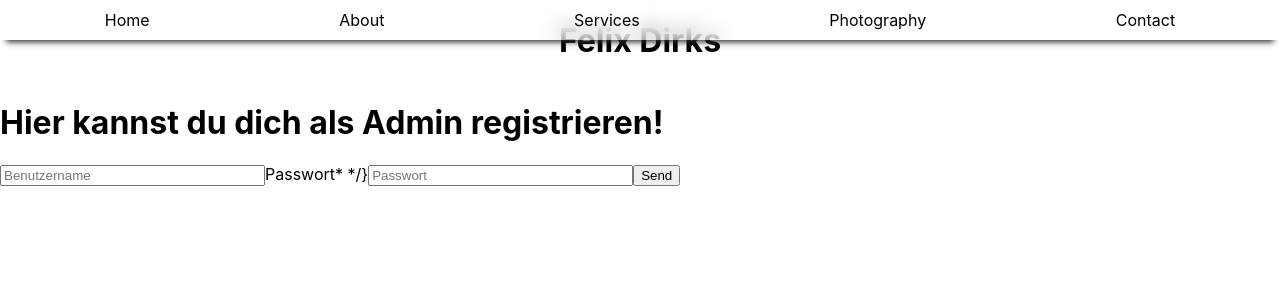
Repository: muhanad-musawi/backend-projekt-frondend
Page: /register (app in pohtographer/)
An editor plug-in stored every save of this project. The page is shown before and after the next save, followed by the edit.
The browser window is 1280 px wide. The pictures show the whole page.
The page's requests for data from a server got no answer. The project was rebuilt for these pictures with package versions that can differ from the ones it lists, and the page was loaded fresh each time. The framework's server and built-in components were replaced by stand-ins that run in the browser. No one was signed in, and anything a server would have sent is missing. Also part of the build but not shown: pohtographer/next.config.js, pohtographer/styles/Footer.module.css.

Above is the page before, as saved 2022-03-25 19:54:19.

After the next save:
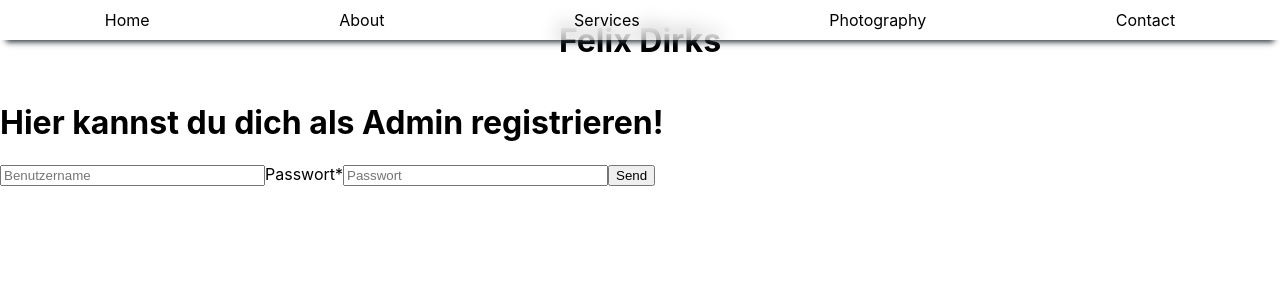
Saved 6 s later.
--- a/pohtographer/pages/register.jsx
+++ b/pohtographer/pages/register.jsx
@@ -81,7 +81,7 @@ function Register() {
    {/**<label for="adminName">Benutzername <span>*</span></label> */}
 
     <input type="text" name="adminName"  id="adminName" placeholder='Benutzername' value={inputs.adminName} size="30" maxLength="50" onChange={handleInputChange}></input>
-      <label for="adminPassword">Passwort<span>*</span></label> */}
+      <label for="adminPassword">Passwort<span>*</span></label>
 
     <input type="password" name="adminPassword"  id="adminPassword" placeholder='Passwort' value={inputs.adminPassword} size="30" maxLength="10" onChange={handleInputChange}></input>
 
